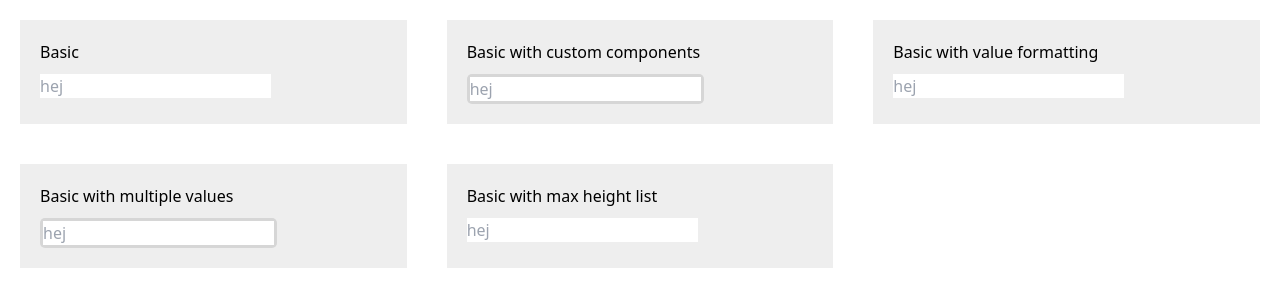
Repository: Frexity/frx-react
Page: / (app in ui/react-select/)
The author's editor kept a copy of each file at every save. The page is drawn from the files as they stood at one save, then again after the next save.
The browser window is 1280 px wide. The pictures show the whole page.
Some web libraries are served in a nearby version. The project was rebuilt for these pictures with package versions that can differ from the ones it lists, and the page was loaded fresh each time. Also part of the build but not shown: ui/react-select/vite.config.ts, ui/react-select/src/CustomSelectComponents/ListLoadingIndicator.tsx, ui/react-select/src/dummy-components/ControlLoadingIndicator.tsx, ui/react-select/src/dummy-components/ListLoadingIndicator.tsx.

Above is the page before, as saved 2022-08-21 00:43:07.

After the next save:
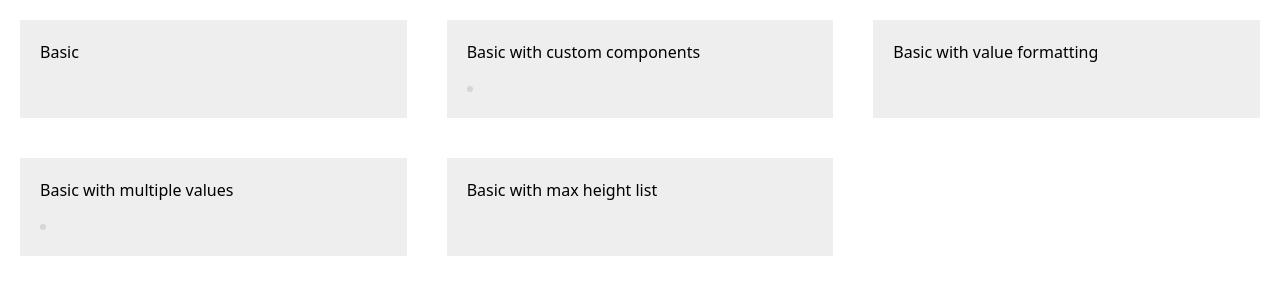
Saved 80 s later.
--- a/ui/react-select/src/Select/Input.tsx
+++ b/ui/react-select/src/Select/Input.tsx
@@ -14,16 +14,15 @@ const InnerInput = memo(({ valueFormatter, selectedValues, id, onFocus }: InnerI
 
   return (
     <div className="holder">
-      <input
+      <div
         id={id}
-        type="text"
-        placeholder="hej"
+        // type="text"
+        // placeholder="hej"
         onFocus={onFocus}
-        value={formattedValue || ''}
-        onChange={() => {
-          return
-        }}
-      />
+        // value={formattedValue || ''}
+      >
+        {formattedValue}
+      </div>
     </div>
   )
 })
